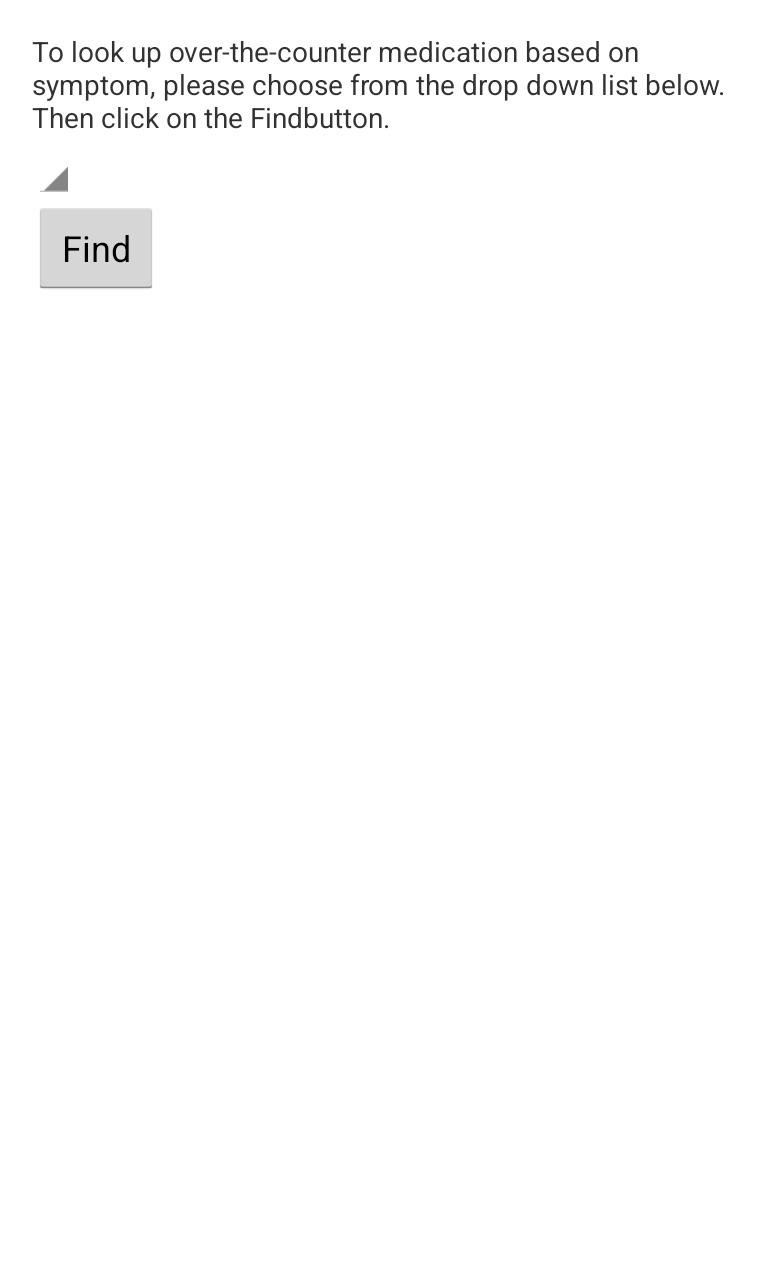
Repository: rosingrr/SympMeds
Layout: app/SympMeds/res/layout/activity_symptom_list.xml
The author's editor kept a copy of each file at every save. The layout is drawn from the files as they stood at one save, then again after the next save.
It is drawn on a 768 x 1280 px phone screen (xhdpi) without system bars, with theme AppTheme; the app's code is not run.

Above is the layout before, as saved 2013-08-02 13:28:47.

### app/SympMeds/res/layout/activity_symptom_list.xml
<RelativeLayout xmlns:android="http://schemas.android.com/apk/res/android"
    xmlns:tools="http://schemas.android.com/tools"
    android:layout_width="match_parent"
    android:layout_height="match_parent"
    android:paddingBottom="@dimen/activity_vertical_margin"
    android:paddingLeft="@dimen/activity_horizontal_margin"
    android:paddingRight="@dimen/activity_horizontal_margin"
    android:paddingTop="@dimen/activity_vertical_margin"
    tools:context=".SymptomList" >

    <TextView
        android:id="@+id/sympInstr_textView"
        android:layout_width="wrap_content"
        android:layout_height="wrap_content"
        android:layout_alignParentLeft="true"
        android:text="@string/symptom_instructions" />

    <Spinner
        android:id="@+id/symptom_spinner"
        android:layout_width="wrap_content"
        android:layout_height="wrap_content"
        android:layout_alignParentLeft="true"
        android:layout_below="@+id/sympInstr_textView" />

    <Button
        android:id="@+id/search_button"
        android:layout_width="wrap_content"
        android:layout_height="wrap_content"
        android:layout_alignParentLeft="true"
        android:layout_below="@+id/symptom_spinner"
        android:text="@string/search"
        android:onClick="search" />

</RelativeLayout>

### app/SympMeds/res/values/strings.xml
<?xml version="1.0" encoding="utf-8"?>
<resources>

    <string name="app_name">SympMeds</string>
    <string name="action_settings">Settings</string>
    <string name="nearest_pharmacy">Nearest Pharmacy</string>
    <string name="welcome">This app is not meant to be used as a replacement of a doctor. If symptoms become severe and/ or persistent we recommend you see a doctor immediately.</string>
    <string name="start">Get Started</string>

    <string name="title_activity_symptom_list">SymptomList</string>
    <string name="symptom_instructions">To look up over-the-counter medication based on symptom, please choose from the drop down list below. Then click on the "Find" button.</string>
    <string name="search">Find</string>
    <string name="symptoms">Symptoms</string>

    <string name="title_activity_drug_list">DrugList</string>
    <string name="symptom_name">name of symptom</string>
    <string name="symptom_description">description of symptom</string>
    <string name="drug_instructions">Choose a drug from the drop-down list and then push the Get Info button to pull up the information on the drug.</string>
    <string name="get_info">Get Info</string>
    <string name="end">/////</string>

    <string name="title_activity_drug_info">DrugInfo</string>
    <string name="drug_name">name of drug</string>
    <string name="symptoms_label">Symptoms the drug treats:</string>
    <string name="side_effects_label">Side-Effects drug might have:</string>
    <string name="directions_label">Directions of use:</string>
    <string name="unknown">unknown</string>
    <string name="medications">Medications</string>

</resources>

### app/SympMeds/res/values/Colors.xml
<?xml version="1.0" encoding="utf-8"?>
<resources>
    <color name = "white">#ffffffff</color>
    <color name = "aqua_marine">#ff66cccc</color>
</resources>

### app/SympMeds/res/values/colors.xml
<?xml version="1.0" encoding="utf-8"?>
<resources>
    <color name="red">#ffff0000</color>
    <color name="green">#ff00ff00</color>
    <color name="blue">#ff0000ff</color>
    <color name="transparent_red">#ffff0000</color>
    <color name="steel_blue">#ff4682B4</color>
    <color name="crimson">#ffdc143c</color>
    <color name="sea_green">#ff2e8b57</color>
    <color name="aqua_marine">#ff7fffd4</color>
    <color name="white">#ffffffff</color>
    <color name="darker_aqua_marine">#ff3f7f6a</color>
    <color name="color1">#ff66cccc</color>
    <color name="color2">#ff33cccc</color>
    <color name="color3">#ff00cccc</color>
</resources>

Loaded but not shown: app/SympMeds/res/values/styles.xml (common file); app/SympMeds/res/values-v11/styles.xml (common file); app/SympMeds/res/values-v14/styles.xml (common file); app/SympMeds/res/values/dimens.xml (common file)

After the next save:
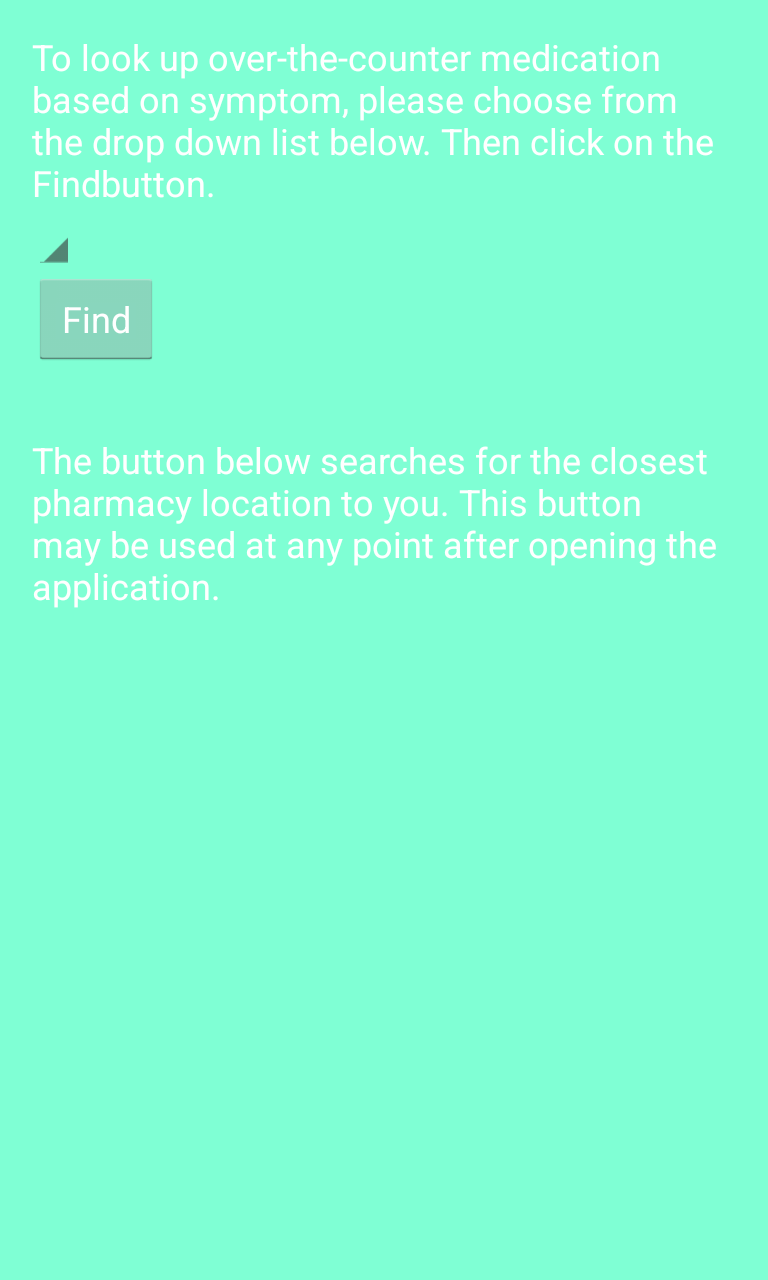
Saved 5 min 11 s later.
--- a/app/SympMeds/res/layout/activity_symptom_list.xml
+++ b/app/SympMeds/res/layout/activity_symptom_list.xml
@@ -2,6 +2,7 @@
     xmlns:tools="http://schemas.android.com/tools"
     android:layout_width="match_parent"
     android:layout_height="match_parent"
+    android:background="@color/aqua_marine"
     android:paddingBottom="@dimen/activity_vertical_margin"
     android:paddingLeft="@dimen/activity_horizontal_margin"
     android:paddingRight="@dimen/activity_horizontal_margin"
@@ -13,7 +14,9 @@
         android:layout_width="wrap_content"
         android:layout_height="wrap_content"
         android:layout_alignParentLeft="true"
-        android:text="@string/symptom_instructions" />
+        android:text="@string/symptom_instructions"
+        android:textColor="@color/white"
+        android:textSize="18" />
 
     <Spinner
         android:id="@+id/symptom_spinner"
@@ -28,7 +31,19 @@
         android:layout_height="wrap_content"
         android:layout_alignParentLeft="true"
         android:layout_below="@+id/symptom_spinner"
+        android:onClick="search"
         android:text="@string/search"
-        android:onClick="search" />
+        android:textColor="@color/white" />
+
+    <TextView
+        android:id="@+id/TextView01"
+        android:layout_width="wrap_content"
+        android:layout_height="wrap_content"
+        android:layout_alignLeft="@+id/search_button"
+        android:layout_below="@+id/search_button"
+        android:layout_marginTop="34dp"
+        android:text="@string/symptom_instructions1"
+        android:textColor="@color/white"
+        android:textSize="18" />
 
 </RelativeLayout>
--- a/app/SympMeds/res/values/strings.xml
+++ b/app/SympMeds/res/values/strings.xml
@@ -11,6 +11,7 @@
     <string name="symptom_instructions">To look up over-the-counter medication based on symptom, please choose from the drop down list below. Then click on the "Find" button.</string>
     <string name="search">Find</string>
     <string name="symptoms">Symptoms</string>
+    <string name="symptom_instructions1">The button below searches for the closest pharmacy location to you. This button may be used at any point after opening the application.</string>
 
     <string name="title_activity_drug_list">DrugList</string>
     <string name="symptom_name">name of symptom</string>
